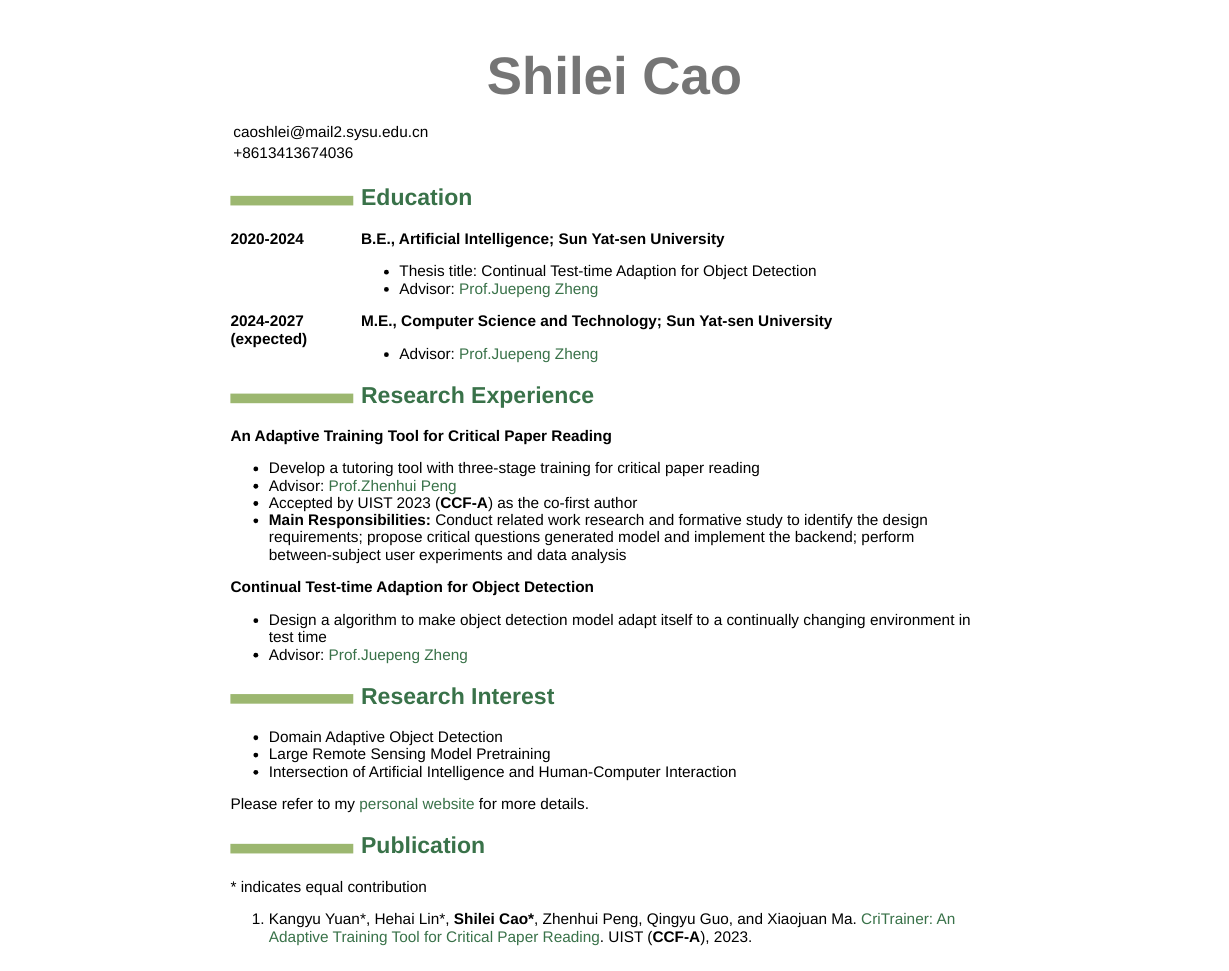
Repository: rssysu/rssysu.github.io
Page: assets/resume/csl.html
The author's editor kept a copy of each file at every save. The page is drawn from the files as they stood at one save, then again after the next save.
The browser window is 1280 px wide. The pictures show the whole page, at 96% of full size.

Above is the page before, as saved 2024-08-30 19:47:12.

### assets/resume/csl.html
<!DOCTYPE html>
<html xmlns="http://www.w3.org/1999/xhtml" lang="" xml:lang="">
<head>
  <meta charset="utf-8" />
  <meta name="generator" content="pandoc" />
  <meta name="viewport" content="width=device-width, initial-scale=1.0, user-scalable=yes" />
  <title>csl</title>
  <style>
    code{white-space: pre-wrap;}
    span.smallcaps{font-variant: small-caps;}
    div.columns{display: flex; gap: min(4vw, 1.5em);}
    div.column{flex: auto; overflow-x: auto;}
    div.hanging-indent{margin-left: 1.5em; text-indent: -1.5em;}
    /* The extra [class] is a hack that increases specificity enough to
       override a similar rule in reveal.js */
    ul.task-list[class]{list-style: none;}
    ul.task-list li input[type="checkbox"] {
      font-size: inherit;
      width: 0.8em;
      margin: 0 0.8em 0.2em -1.6em;
      vertical-align: middle;
    }
    .display.math{display: block; text-align: center; margin: 0.5rem auto;}
  </style>
  <link rel="stylesheet" href="style.css" />
</head>
<body>
<h1 id="shieli-cao">Shilei Cao</h1>
<table>
<tbody>
<tr class="odd">
<td>caoshlei@mail2.sysu.edu.cn</td>
</tr>
<tr class="even">
<td>+8613413674036</td>
<td style="text-align: left;"></td>
</tr>
</tbody>
</table>
<h2 id="education">Education</h2>
<dl>
<dt>2020-2024 </dt>
<dd>
<p><strong>B.E., Artificial Intelligence; Sun Yat-sen
University</strong></p>
<ul>
<li>Thesis title: Continual Test-time Adaption for Object Detection</li>
<li>Advisor: <a
href="https://hail-alloy-af4.notion.site/Juepeng-Zheng-d3b70a4b409145139c91e55813cc80fa">Prof.Juepeng
Zheng</a></li>
</ul>
</dd>
</dl>
<dl>
  <dt>2024-2027 (expected) </dt>
  <dd>
  <p><strong>M.E., Computer Science and Technology; Sun Yat-sen
  University</strong></p>
  <ul>
  <!-- <li>Thesis title: Continual Test-time Adaption for Object Detection</li> -->
  <li>Advisor: <a
  href="https://hail-alloy-af4.notion.site/Juepeng-Zheng-d3b70a4b409145139c91e55813cc80fa">Prof.Juepeng
  Zheng</a></li>
  </ul>
  </dd>
  </dl>
<h2 id="research-experience">Research Experience</h2>
<p><strong>An Adaptive Training Tool for Critical Paper
Reading</strong></p>
<ul>
<li>Develop a tutoring tool with three‑stage training for critical paper reading</li>
<li>Advisor: <a href="https://zhenhuipeng.com/">Prof.Zhenhui
Peng</a></li>
<li>Accepted by UIST 2023 (<strong>CCF‑A</strong>) as the co‑first
author</li>
<li><strong>Main Responsibilities:</strong> Conduct related work
research and formative study to identify the design requirements;
propose critical questions generated model and implement the backend;
perform between‑subject user experiments and data analysis</li>
</ul>
<p><strong>Continual Test-time Adaption for Object
Detection</strong></p>
<ul>
<li>Design a algorithm to make object detection model adapt itself to a
continually changing environment in test time</li>
<li>Advisor: <a
href="https://hail-alloy-af4.notion.site/Juepeng-Zheng-d3b70a4b409145139c91e55813cc80fa">Prof.Juepeng
Zheng</a></li>
</ul>
<h2 id="research-interest">Research Interest</h2>
<ul>
<li>Domain Adaptive Object Detection</li>
<li>Large Remote Sensing Model Pretraining</li>
<li>Intersection of Artificial Intelligence and Human-Computer
Interaction</li>
</ul>
<p>Please refer to my <a href="https://shileicao.github.io/">personal
website</a> for more details.</p>
<h2 id="publication">Publication</h2>
<p>* indicates equal contribution</p>
<ol type="1">
<li>Kangyu Yuan*, Hehai Lin*, <strong>Shilei Cao*</strong>, Zhenhui
Peng, Qingyu Guo, and Xiaojuan Ma. <a
href="https://doi.org/10.1145/3586183.3606816">CriTrainer: An Adaptive
Training Tool for Critical Paper Reading</a>. UIST
(<strong>CCF-A</strong>), 2023.</li>
</ol>
</body>
</html>

### assets/resume/style.css
/*
 * Copyright 2013 Christophe-Marie Duquesne <chmd@chmd.fr>
 *
 * CSS for making a resume with pandoc. Inspired by moderncv.
 *
 * This CSS document is delivered to you under the CC BY-SA 3.0 License.
 * https://creativecommons.org/licenses/by-sa/3.0/deed.en_US
 */

/* Whole document */
body {
    font-family: "Helvetica Neue", Helvetica, Arial, sans-serif;
    width: 800px;
    margin: auto;
    background: #FFFFFF;
    padding: 10px 10px 10px 10px;
}

/*
.title {
    display: none;
}
*/

/* Title of the resume */
h1 {
    font-size: 55px;
    color: #757575;
    text-align:center;
    margin-bottom:15px;
}

/* Titles of categories */
h2 {
    color: #397249;
}
/* There is a bar just before each category */
h2:before {
    content: "";
    display: inline-block;
    margin-right:1%;
    width: 16%;
    height: 10px;
    background-color: #9CB770;
}

/* Definitions */
dt {
    float: left;
    clear: left;
    width: 17%;
    font-weight: bold;
}
dd {
    margin-left: 17%;
}
p {
    margin-top:0;
    margin-bottom:7px;
}

/* Blockquotes */
blockquote {
    text-align: center
}

/* Links */
a {
    text-decoration: none;
    color: #397249;
}
a:hover, a:active {
    background-color: #397249;
    color: #FFFFFF;
    text-decoration: none;
    text-shadow: 1px 1px 1px #333;
}

/* Horizontal separators */
hr {
    color: #A6A6A6;
}

After the next save:
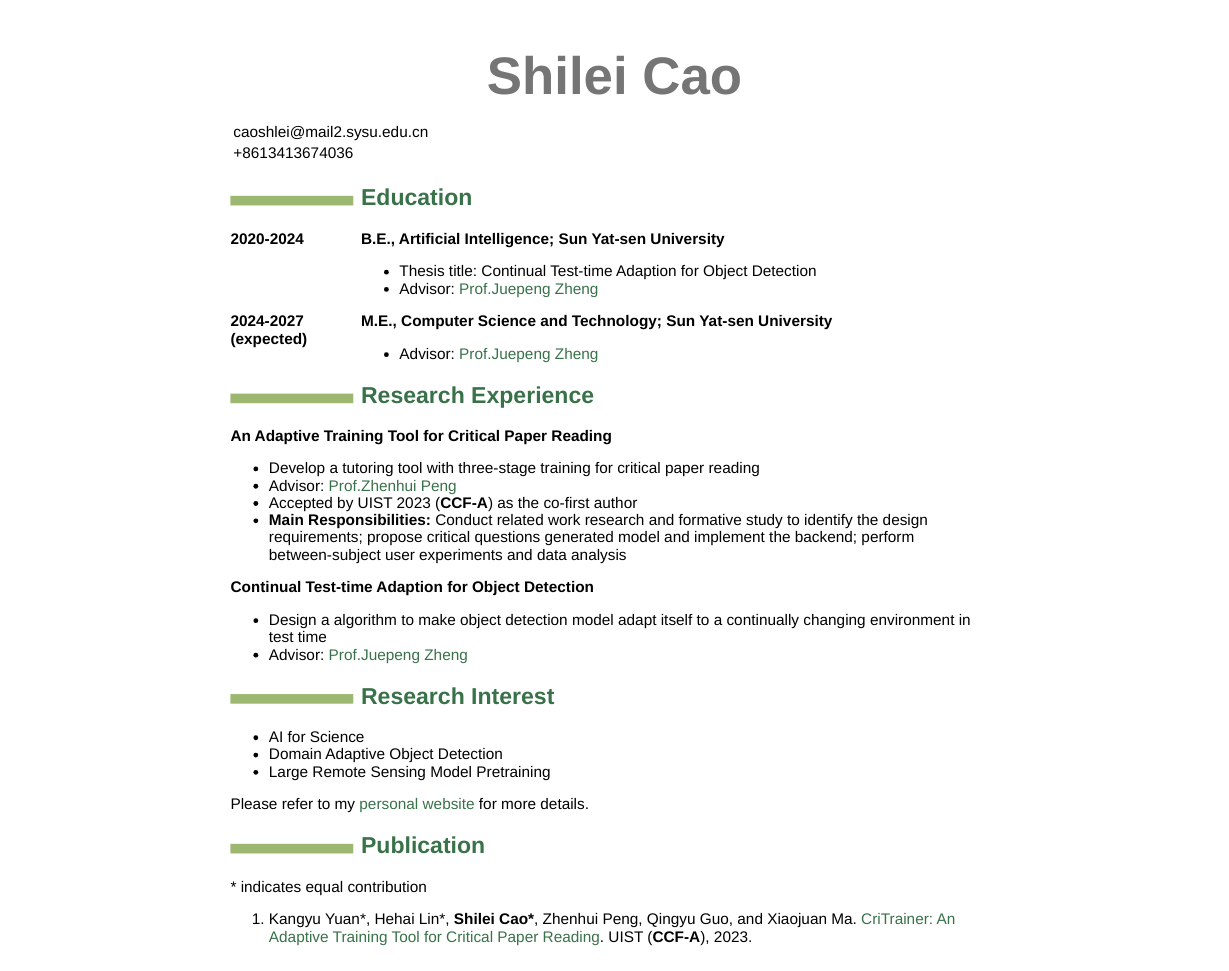
Saved 71 s later.
--- a/assets/resume/csl.html
+++ b/assets/resume/csl.html
@@ -89,10 +89,10 @@ Zheng</a></li>
 </ul>
 <h2 id="research-interest">Research Interest</h2>
 <ul>
+<li>AI for Science</li>
 <li>Domain Adaptive Object Detection</li>
 <li>Large Remote Sensing Model Pretraining</li>
-<li>Intersection of Artificial Intelligence and Human-Computer
-Interaction</li>
+
 </ul>
 <p>Please refer to my <a href="https://shileicao.github.io/">personal
 website</a> for more details.</p>
